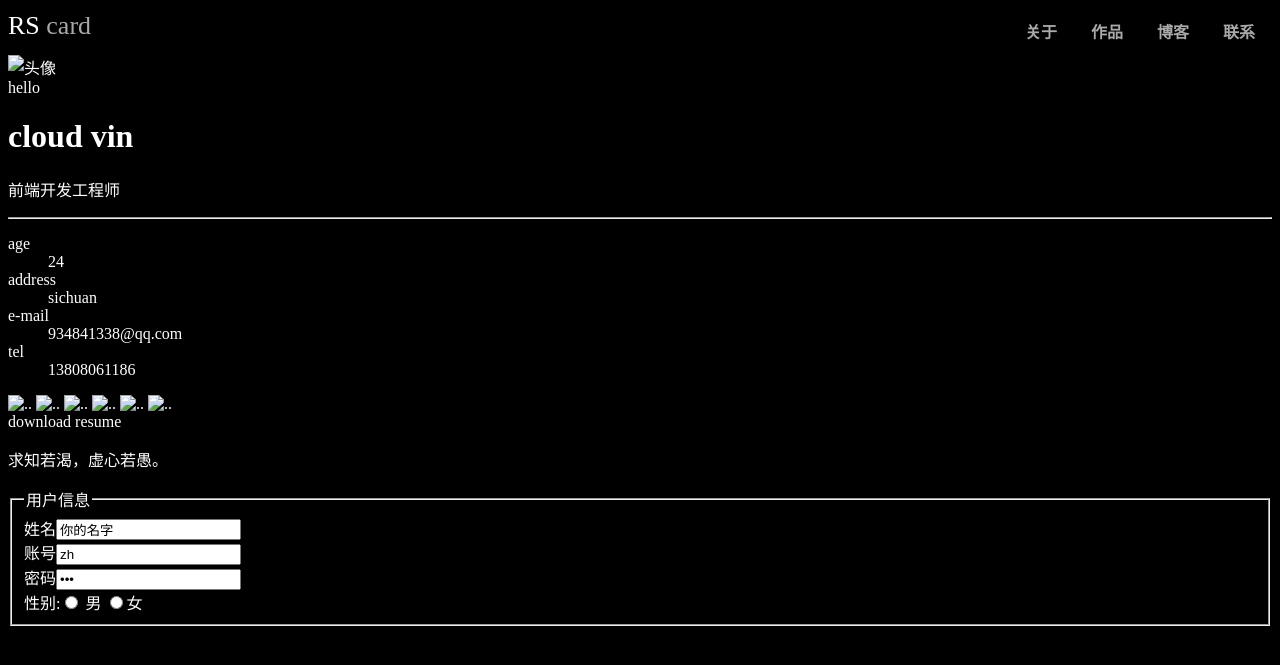
Repository: CloudVin/MyResume
Page: resume.html
The author's editor kept a copy of each file at every save. The page is drawn from the files as they stood at one save, then again after the next save.
The browser window is 1280 px wide. The pictures show the whole page.

Above is the page before, as saved 2020-07-04 00:43:29.

After the next save:
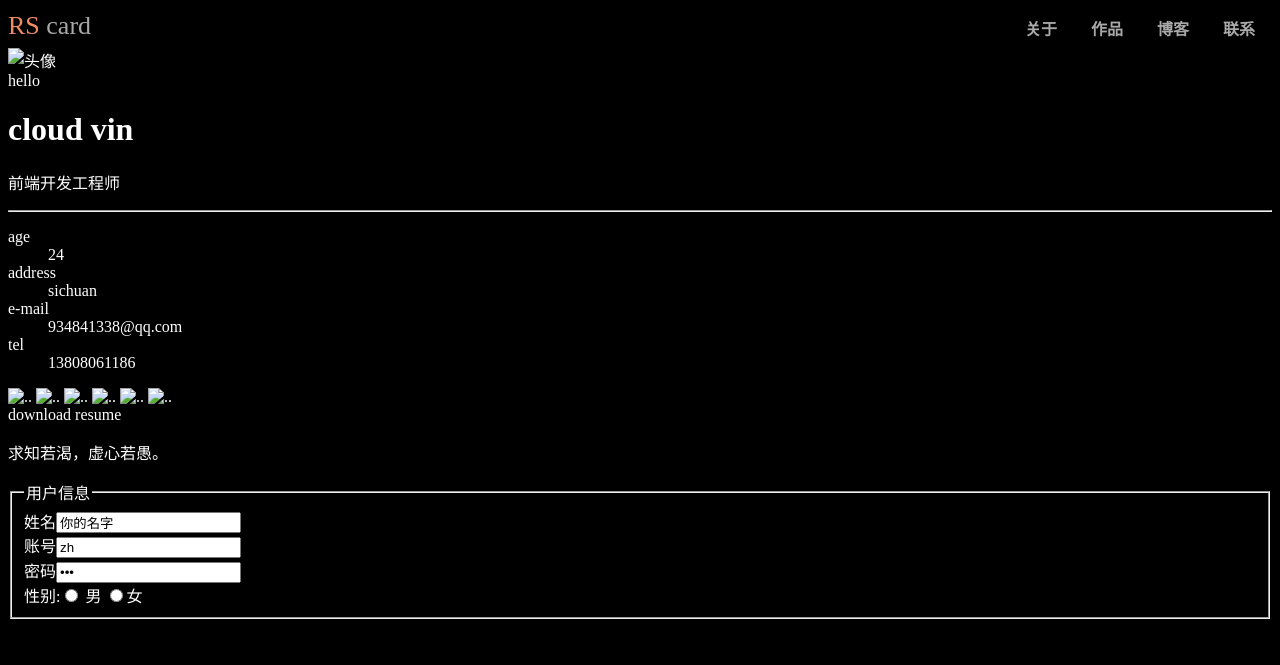
Saved 70 s later.
--- a/a.css
+++ b/a.css
@@ -36,8 +36,7 @@
     border-bottom:3px solid #e06527;
 }
 .topnavbar nav{
-    padding-top: 3px;
-    padding-bottom: 4px;
+
 }
 .topnavbar .logo{
 
@@ -48,7 +47,7 @@
 }
 .topnavbar .logo .rs{
 
-    color:236,114,111;
+    color: #ee8c65;
 }
 .topnavbar .logo .card{
     color: darkgrey;
